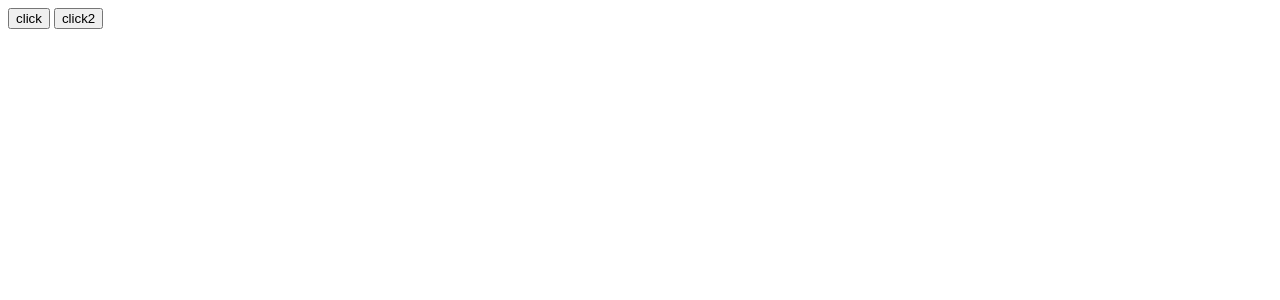
Repository: xiemin2161/mytest
Page: 01-事件处理.html
An editor plug-in stored every save of this project. The page is shown before and after the next save, followed by the edit.
The browser window is 1280 px wide. The pictures show the whole page.

Above is the page before, as saved 2023-01-31 14:50:45.

After the next save:
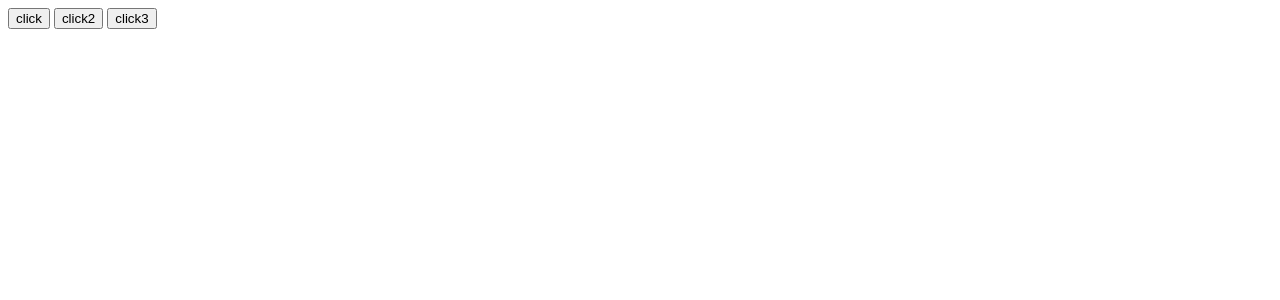
Saved 99 s later.
--- a/01-事件处理.html
+++ b/01-事件处理.html
@@ -14,6 +14,7 @@
     <div id="box">
       <button @click="handleClick">click</button>
       <button @click="handleClick()">click2</button>
+      <button @click="isShow=!isShow">click3</button>
       <div v-show="isShow">111111</div>
     </div>
 
